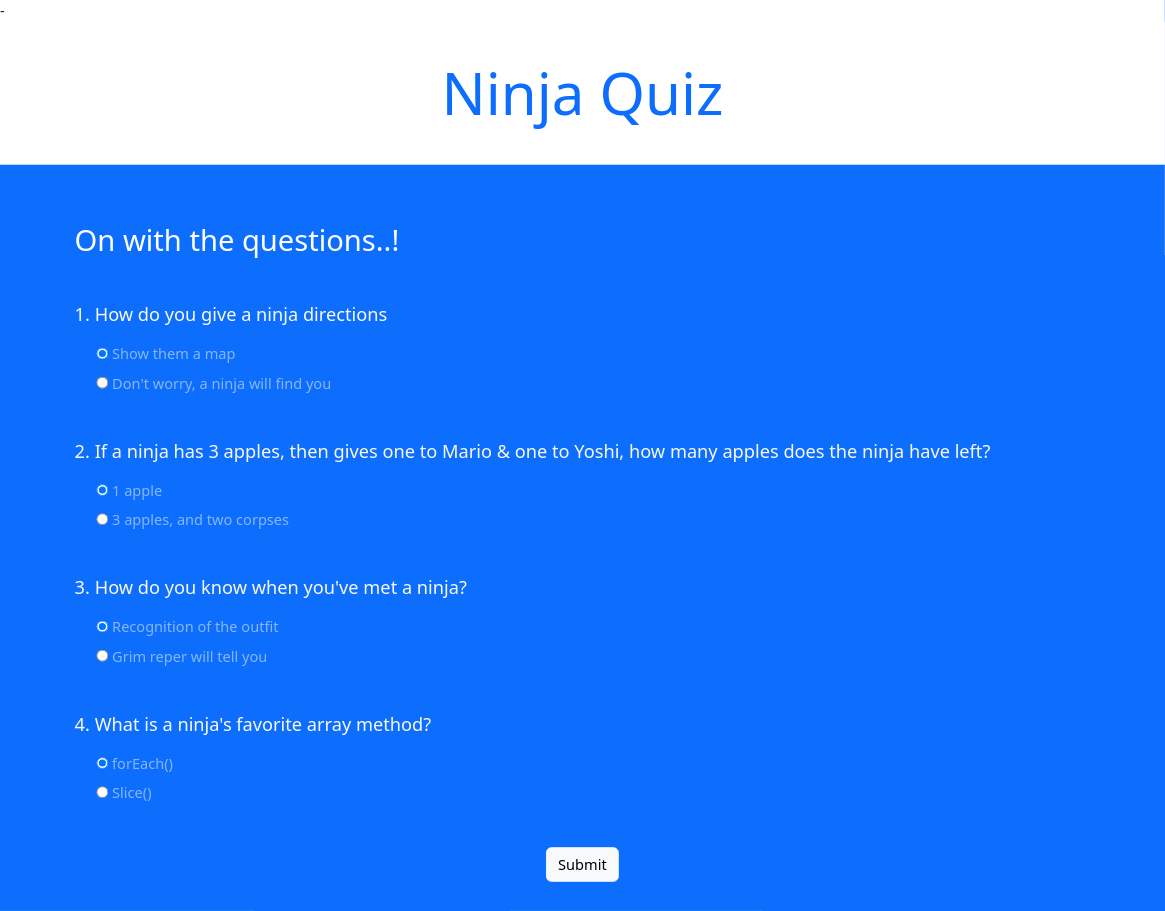
Repository: Programmer-RD-AI/Modern-JavaScript-Complete-guide-from-Novice-to-Ninja
Page: ninja_quiz/index.html
These files come from the project's save history. The page is drawn as it stood at one moment and after the next save; the edit follows.
The browser window is 1280 px wide. The pictures show the whole page, at 91% of full size.
After loading, the first visible `form.quiz-form` was submitted once.

Above is the page before, as saved 2023-12-26 16:01:00.

After the next save:
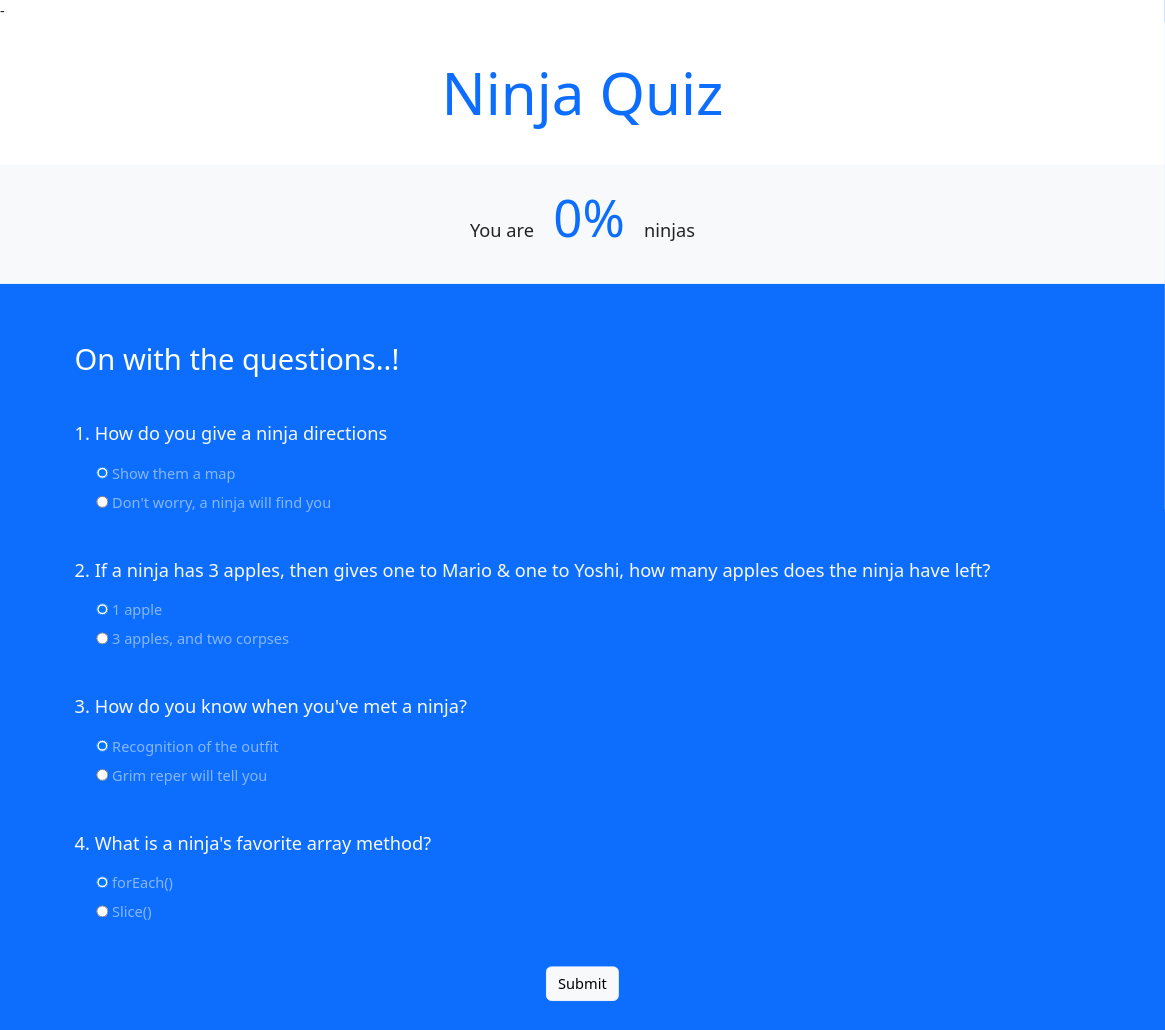
Saved 6 s later.
--- a/ninja_quiz/app.js
+++ b/ninja_quiz/app.js
@@ -16,7 +16,7 @@ form.addEventListener("submit", (e) => {
     }
   });
   document
-    .querySelector("span")
+    .querySelector("div.result")
     .setAttribute("class", "result py-4 bg-light text-center");
   for (let i = 1; i < score; i++) {
     percentage.textContent = `${i}%`;
